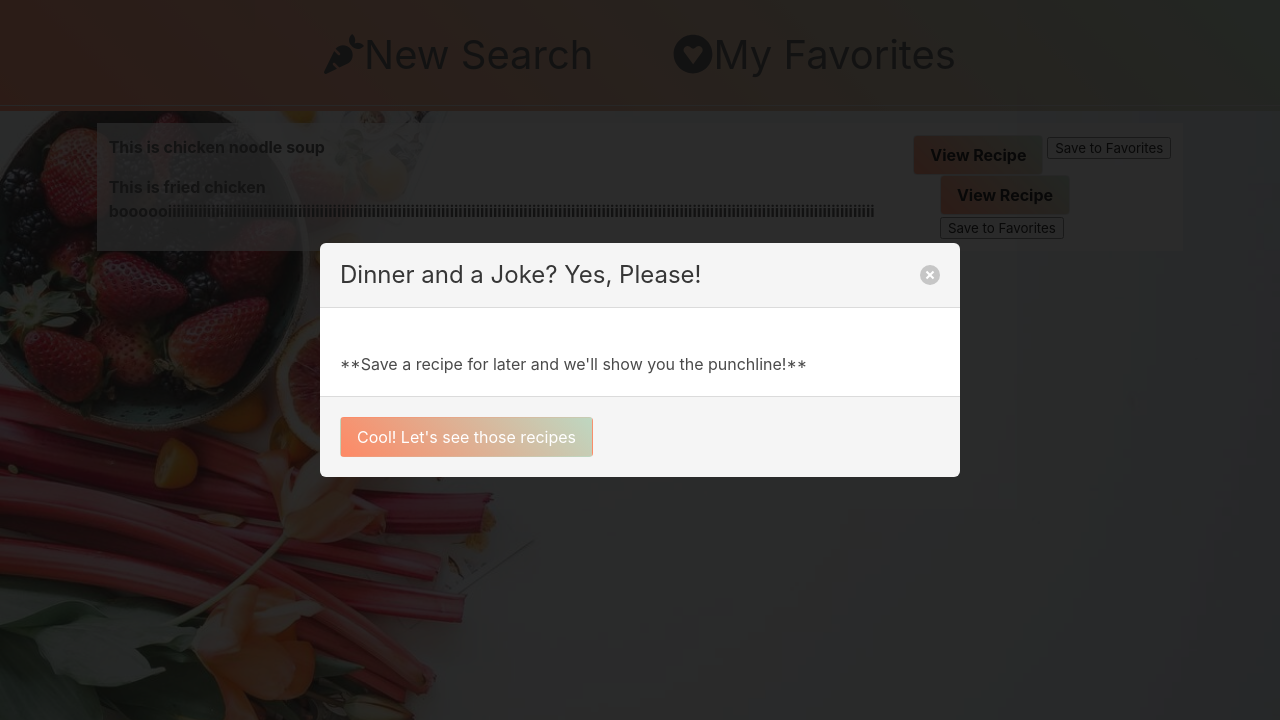
Repository: puakehaulani/the-hungry-app-proj1
Page: results.html
An editor plug-in stored every save of this project. The page is shown before and after the next save, followed by the edit.
The browser window is 1280 px wide. The pictures show the window.
The page's requests for data from a server got no answer. A layer covers the whole window, so only the first screen is drawn. Some web libraries are served in a nearby version.

Above is the page before, as saved 2020-10-17 12:53:27.

After the next save:
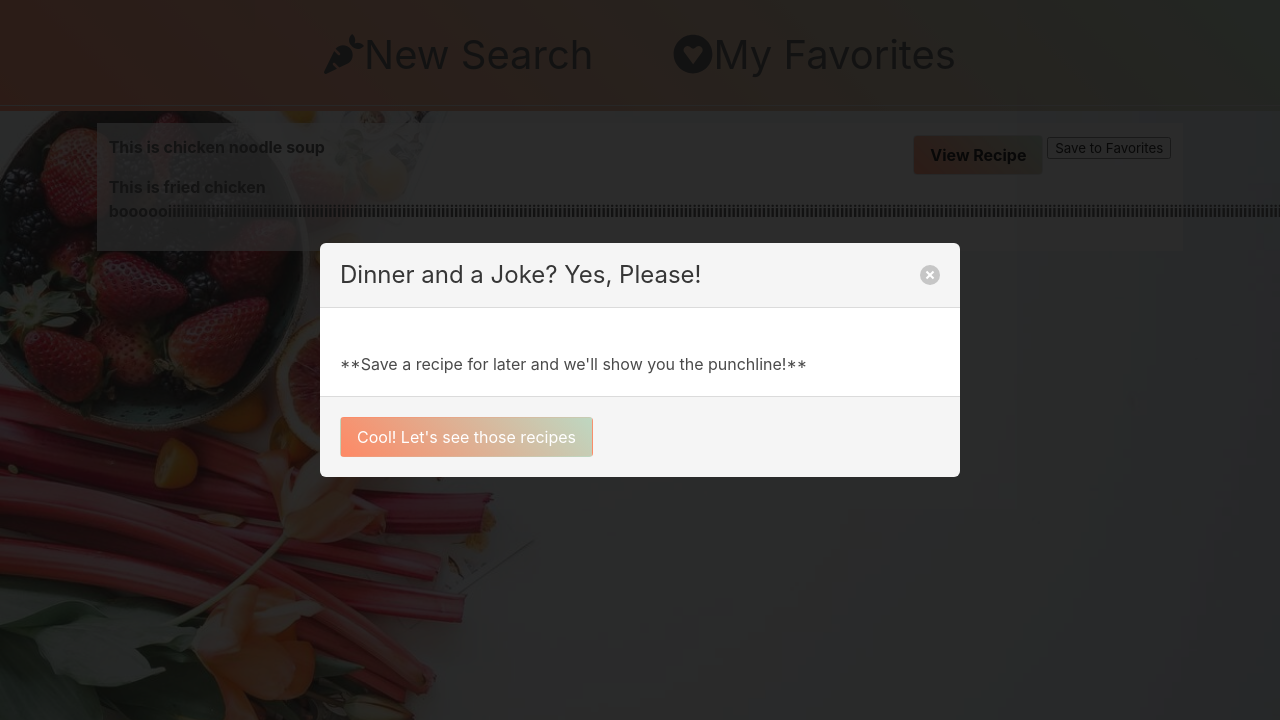
Saved 21 s later.
--- a/results.html
+++ b/results.html
@@ -43,7 +43,7 @@
                     </div>
                 </li>
                 <li>
-                    This is fried chicken boooooiiiiiiiiiiiiiiiiiiiiiiiiiiiiiiiiiiiiiiiiiiiiiiiiiiiiiiiiiiiiiiiiiiiiiiiiiiiiiiiiiiiiiiiiiiiiiiiiiiiiiiiiiiiiiiiiiiiiiiiiiiiiiiiiiiiiiiiiiiiiiiiiiiiiiiiiiiiiiiiiiii
+                    This is fried chicken boooooiiiiiiiiiiiiiiiiiiiiiiiiiiiiiiiiiiiiiiiiiiiiiiiiiiiiiiiiiiiiiiiiiiiiiiiiiiiiiiiiiiiiiiiiiiiiiiiiiiiiiiiiiiiiiiiiiiiiiiiiiiiiiiiiiiiiiiiiiiiiiiiiiiiiiiiiiiiiiiiiiiiiiiiiiiiiiiiiiiiiiiiiiiiiiiiiiiiiiiiiiiiiiiiiiiiiiiiiiiiiiiiiiiiiiiiiiiiiiiiiiiiiiiiiiiiiiiiiiiiiiiiiiiiiiiiiiiiiiiiiiiiiiiiiiiiiiiiiiiiiiiiiiiiiiiiiiiiiiiiiiiiiiiiiiiiiiiiiiiii
                     <div>
                         <a href="" class="button is-inverted is-outlined">View Recipe</a>
                         <button class="saveBtn is-inverted is-outlined">Save to Favorites</button>
